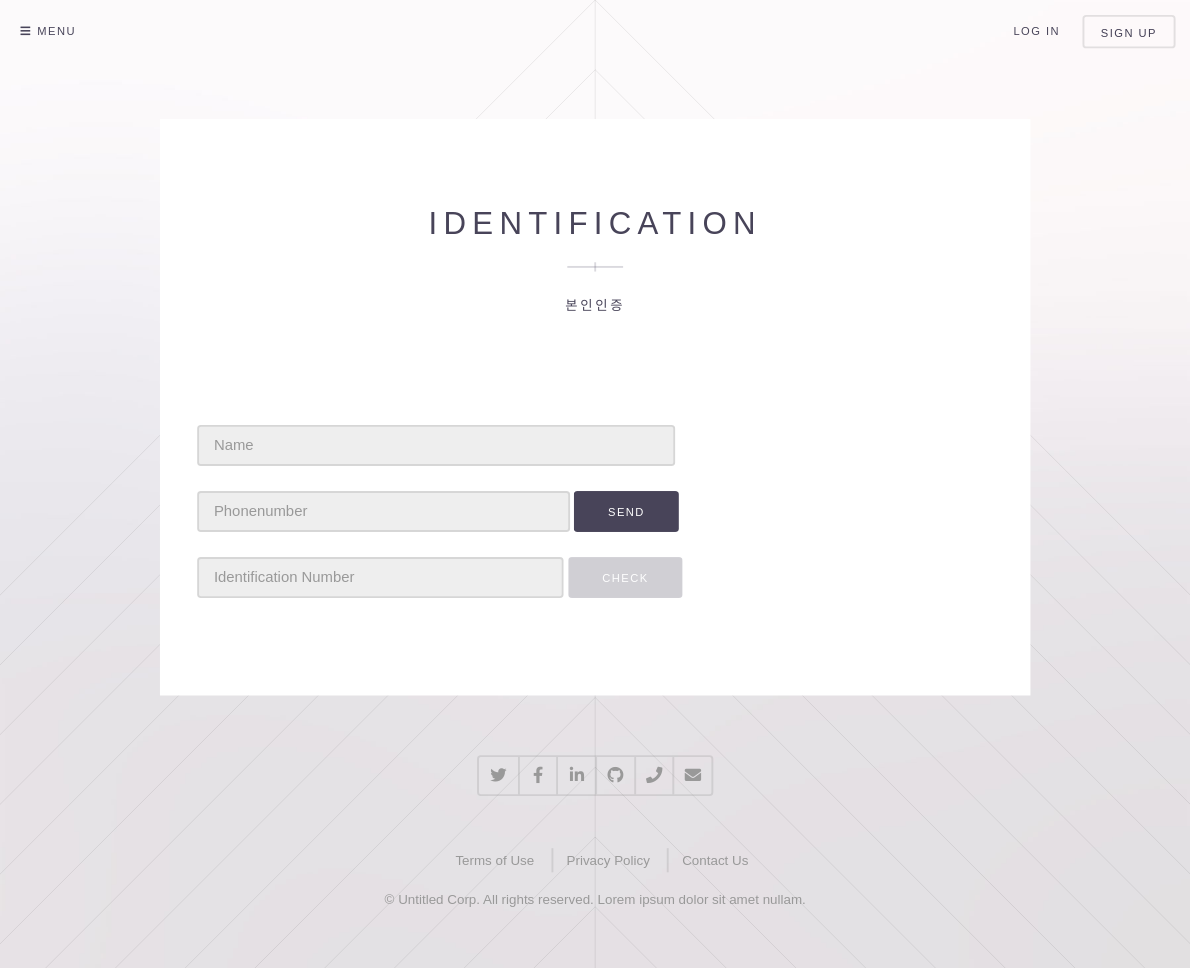
Repository: WKMoon/JavaScript-Project
Page: myFront/WebContent/identification.html
An editor plug-in stored every save of this project. The page is shown before and after a run of saves, followed by the edit.
The browser window is 1280 px wide. The pictures show the whole page, at 93% of full size.
Some web fonts or font styles are not loaded; a fallback is used.

Above is the page before, as saved 2021-03-01 23:47:06.

After the next 2 saves:
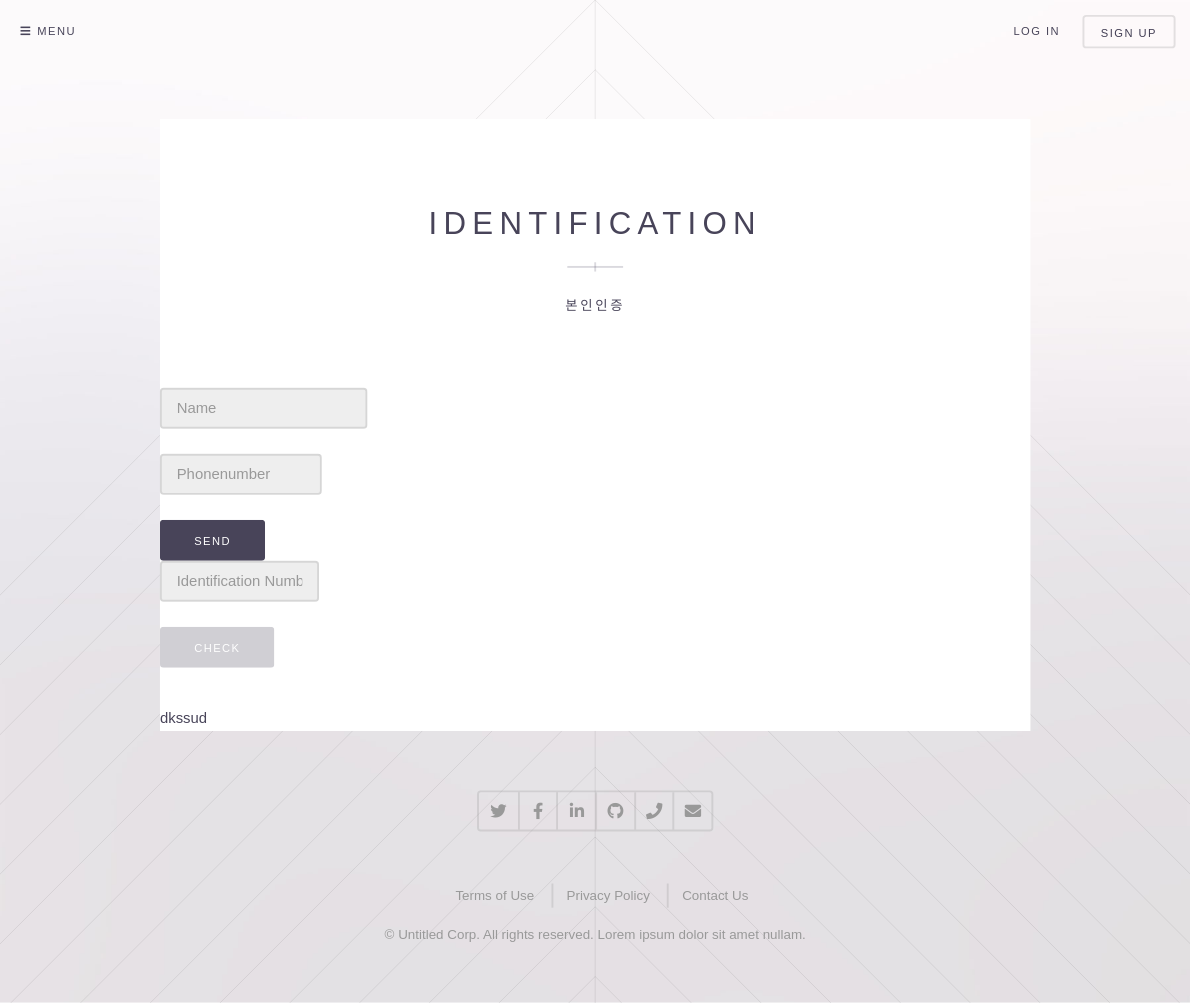
The 2 saves are shown as one change because they came seconds apart.
The last was saved 33 s later.
--- a/myFront/WebContent/identification.html
+++ b/myFront/WebContent/identification.html
@@ -40,7 +40,7 @@
 						</header>
 
 					<!-- Content -->
-						<div class="content">
+						<div class="row">
 							<form method="post" action="#">
 											<div>
 												<div class="col-6 col-12-xsmall" style="width:60%;">
@@ -63,6 +63,8 @@
 											</div>
 										</form>
 						</div>
+
+										<div>dkssud</div>
 
 				</div>
 
